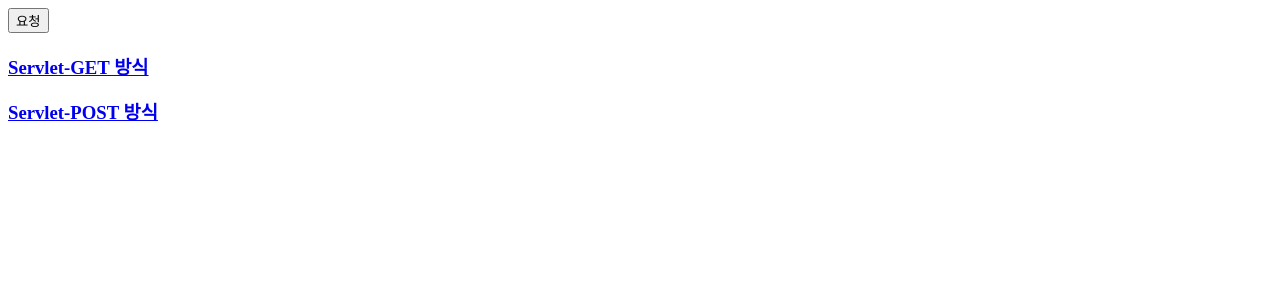
Repository: chuhj1226/servlet
Page: workspace/study/WebContent/index.html
An editor plug-in stored every save of this project. The page is shown before and after the next save, followed by the edit.
The browser window is 1280 px wide. The pictures show the whole page.

Above is the page before, as saved 2021-10-04 15:33:35.

After the next save:
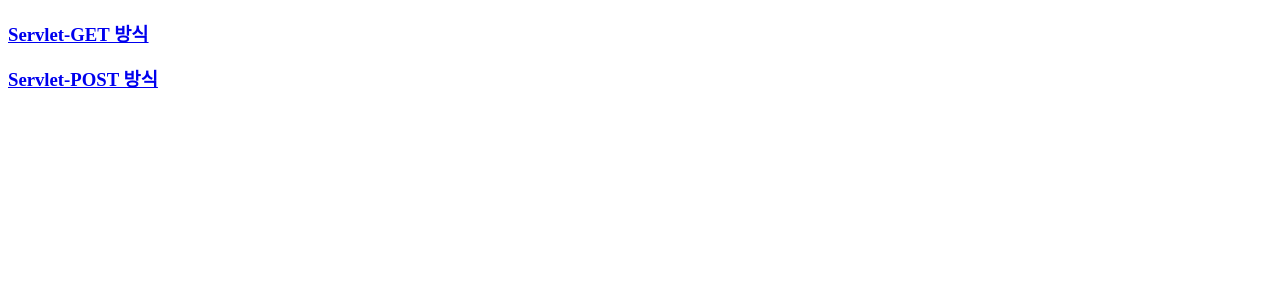
Saved 28 s later.
--- a/workspace/study/WebContent/index.html
+++ b/workspace/study/WebContent/index.html
@@ -6,10 +6,6 @@
 </head>
 <body>
 
-	<!-- /context Root/mapping 명칭 -->
-	<form action="/study/study1" method="get">
-	<button type="submit">요청</button>
-	</form>
 
 	<h3><a href="views/servlet.html">Servlet-GET 방식</a></h3>
 	<h3><a href="views/testServlet2.html">Servlet-POST 방식</a></h3>

After the save that followed:
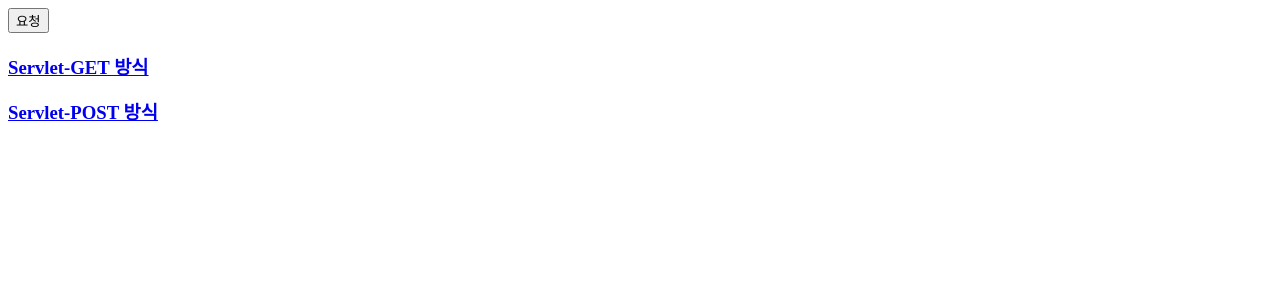
Saved 45 s later.
--- a/workspace/study/WebContent/index.html
+++ b/workspace/study/WebContent/index.html
@@ -6,6 +6,10 @@
 </head>
 <body>
 
+	<!-- /context Root/mapping 명칭 -->
+	<form action="/study/study1" method="get">
+	<button type="submit">요청</button>
+	</form>
 
 	<h3><a href="views/servlet.html">Servlet-GET 방식</a></h3>
 	<h3><a href="views/testServlet2.html">Servlet-POST 방식</a></h3>
